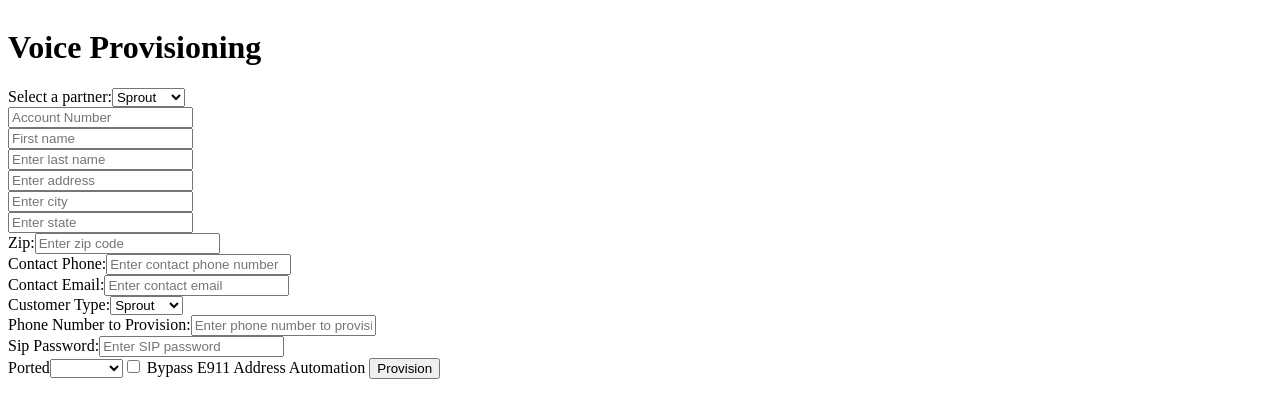
Repository: smallchungus/logiccom
Page: /
The author's editor kept a copy of each file at every save. The page is drawn from the files as they stood at one save, then again after the next save.
The browser window is 1280 px wide. The pictures show the whole page.
The project was rebuilt for these pictures with package versions that can differ from the ones it lists, and the page was loaded fresh each time. Also part of the build but not shown: vite.config.ts.

Above is the page before, as saved 2023-05-04 11:08:57.

After the next save:
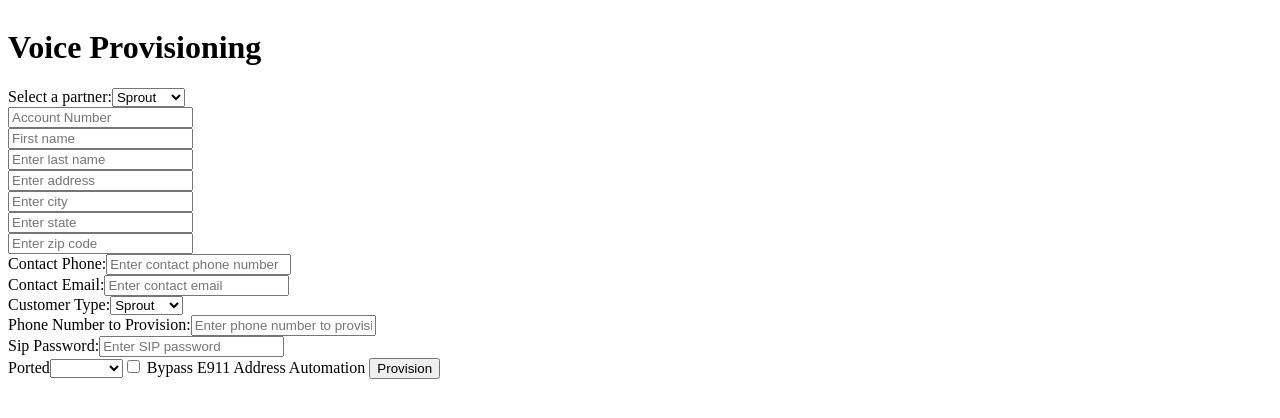
Saved 5 s later.
--- a/src/App.vue
+++ b/src/App.vue
@@ -38,7 +38,6 @@
       </div>
 
       <div class="form-group">
-        <label for="zip">Zip:</label>
         <input type="text" id="zip" name="zip" placeholder="Enter zip code">
       </div>
 
